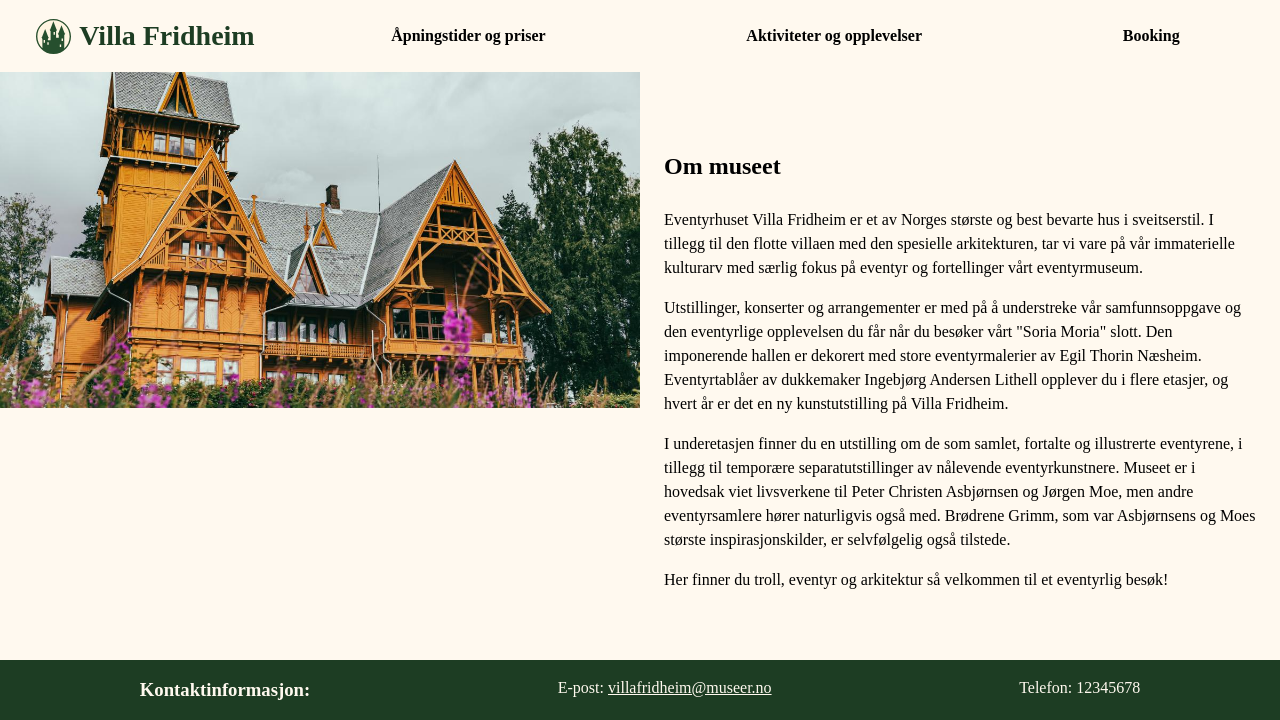
Repository: IdaHolmen/villa-fridheim
Page: src/about.html
The author's editor kept a copy of each file at every save. The page is drawn from the files as they stood at one save, then again after the next save.
The browser window is 1280 px wide. The pictures show the whole page.
Some web fonts or font styles are not loaded; a fallback is used.

Above is the page before, as saved 2024-10-15 13:23:42.

### src/about.html
<!DOCTYPE html>
<html lang="en">
    <head>
        <meta charset="UTF-8" />
        <meta name="viewport" content="width=device-width, initial-scale=1.0" />

        <link rel="icon" type="image/x-icon" href="../assets/villa-fridheim-logo.svg" />

        <title>Villa Fridheim</title>
        <link rel="stylesheet" type="text/css" href="../css/reset.css" />
        <link rel="stylesheet" type="text/css" href="../css/style.css" />
        <link rel="stylesheet" type="text/css" href="../css/media-queries.css" />
    </head>
    <body>
        <header>
            <div class="headline-container">
                <a href="../index.html" id="home-button">
                    <img src="../assets/villa-fridheim-logo.svg" alt="Omrisset av et eventyrslott" class="main-logo" />
                    <h1 class="main-headline">Villa Fridheim</h1>
                </a>
            </div>

            <nav class="nav-bar">
                <a href="info.html" class="nav-link">Åpningstider og priser</a>
                <a href="activities.html" class="nav-link">Aktiviteter og opplevelser</a>
                <a href="booking.html" class="nav-link">Booking</a>
            </nav>
        </header>

        <main class="main-container">
            <section class="about-section">
                <div class="image-container">
                    <img src="../assets/outside-image2.jpg" alt="Et gult hus i sveitserstil" />
                </div>
                <article class="about-text">
                    <h2 class="section-headline">Om museet</h2>
                    <p>
                        Eventyrhuset Villa Fridheim er et av Norges største og best bevarte hus i sveitserstil. I
                        tillegg til den flotte villaen med den spesielle arkitekturen, tar vi vare på vår immaterielle
                        kulturarv med særlig fokus på eventyr og fortellinger vårt eventyrmuseum.
                    </p>
                    <p>
                        Utstillinger, konserter og arrangementer er med på å understreke vår samfunnsoppgave og den
                        eventyrlige opplevelsen du får når du besøker vårt "Soria Moria" slott. Den imponerende hallen
                        er dekorert med store eventyrmalerier av Egil Thorin Næsheim. Eventyrtablåer av dukkemaker
                        Ingebjørg Andersen Lithell opplever du i flere etasjer, og hvert år er det en ny kunstutstilling
                        på Villa Fridheim.
                    </p>
                    <p>
                        I underetasjen finner du en utstilling om de som samlet, fortalte og illustrerte eventyrene, i
                        tillegg til temporære separatutstillinger av nålevende eventyrkunstnere. Museet er i hovedsak
                        viet livsverkene til Peter Christen Asbjørnsen og Jørgen Moe, men andre eventyrsamlere hører
                        naturligvis også med. Brødrene Grimm, som var Asbjørnsens og Moes største inspirasjonskilder, er
                        selvfølgelig også tilstede.
                    </p>
                    <p>Her finner du troll, eventyr og arkitektur så velkommen til et eventyrlig besøk!</p>
                </article>
            </section>
        </main>

        <footer class="footer">
            <h3>Kontaktinformasjon:</h3>
            <p>
                E-post:
                <a href="" id="email-element">villafridheim@museer.no</a>
            </p>
            <p>Telefon: 12345678</p>
        </footer>
    </body>
</html>

### css/reset.css
*, *::before, *::after {
	box-sizing: border-box;
  }

* {
	margin: 0;
	padding: 0;
}

body {
	line-height: 1.5;
	-webkit-font-smoothing: antialiased;
}

img, picture, video, canvas, svg {
	display: block;
	max-width: 100%;
}

input, textarea, select {
	font: inherit;
}

p, h1, h2, h3, h4, h5, h6 {
	overflow-wrap: break-word;
}

#root, #__next {
	isolation: isolate;
}

button {
	font: inherit;
	background: transparent;
	border: none;
	cursor: pointer;
	touch-action: manipulation;
}

a {
	color: inherit;
	text-decoration: none;
}

### css/style.css
@import url('https://fonts.googleapis.com/css2?family=Caudex:ital,wght@0,400;0,700;1,400;1,700&display=swap');

:root {
    --primary-color: #fff9ef;
    --secondary-color: #1d3d23;
}

/* BODY STYLING */
body {
    height: 100vh;
    width: 100%;
    display: flex;
    flex-direction: column;
    background-color: var(--primary-color);
    font-family: 'Caudex', 'Times New Roman', Times, serif;
}

/* HEADER STYLING */
header {
    display: flex;
    flex-direction: row;
    justify-content: center;
    align-items: center;
    background: var(--primary-color);
    color: var(--secondary-color);
    flex-basis: 10%;
}

.headline-container {
    flex-basis: 25%;
    display: flex;
    justify-content: center;
    align-items: center;
    flex-direction: row;
}

.main-headline {
    font-size: 1.75rem;
}

.main-logo {
    height: 35px;
    width: 35px;
    margin-right: 0.5rem;
}

.nav-bar {
    flex-basis: 85%;
    display: flex;
    justify-content: space-around;
    flex-direction: row;
    text-align: center;
    margin: 0;
}

.nav-link {
    text-decoration: none;
    color: black;
    padding: 0.5rem 1.5rem;
    font-weight: bold;
    margin: 1rem;
    border-radius: 5px;
    display: flex;
    transition: transform 0.2s ease-in-out;
}

.nav-link:hover {
    box-shadow: rgba(149, 157, 165, 0.2) 0px 8px 24px;
    transform: scale(1.1);
}

.nav-link:active {
    background-color: #e3e3e3;
}

#home-symbol {
    margin-right: 0.5rem;
    width: 25px;
    height: 25px;
}

/* FRONT PAGE STYLING */
.hero-section {
    position: relative;
    height: 30rem;
    width: 100%;
}

.hero-background {
    width: 100%;
    height: 30rem;
    object-fit: contain;
}

.hero-image {
    width: 100%;
    height: 30rem;
    object-fit: cover;
}

.hero-text-container {
    position: absolute;
    top: 0;
    left: 70%;
    width: 30%;
    height: 60%;
    color: var(--primary-color);
    display: flex;
    flex-direction: column;
}

.hero-content {
    font-size: 4.5rem;
    font-weight: bold;
}

.hero-content-sub-headline {
    font-size: 2rem;
    font-weight: bold;
    font-style: italic;
}

.section-headline {
    font-size: 1.5rem;
    margin: 1rem 0;
}

.main-container {
    flex-basis: 85%;
    display: flex;
    flex-direction: column;
    align-items: center;
}

.about-section {
    width: 100%;
    height: 100%;
    display: flex;
}

.about-text {
    flex-basis: 50%;
    display: flex;
    flex-direction: column;
    justify-content: center;
    padding: 24px;
}

.about-text > p {
    margin: 0.5rem 0;
}

.image-container {
    flex-basis: 50%;
}

.about-image {
    height: 100%;
    object-fit: cover;
    border-radius: 3%;
}

.link-section {
    width: 95%;
    background-color: #ffeded;
    margin-top: 4rem;
    display: flex;
    flex-direction: column;
    align-items: center;
}

.link-container-headline {
    width: 95%;
    flex-basis: 10%;
    margin: 1rem 1rem 1rem 4rem;
    padding: 0.8rem;
}

.section-head {
    font-size: 2.5rem;
}

.link-container {
    flex-basis: 90%;
    width: 95%;
    display: flex;
    justify-content: space-around;
    align-items: center;
}

.navigation-container {
    height: 22rem;
    width: 18rem;
    margin: 1rem 1rem 2rem 1rem;
    display: flex;
    padding: 0.8rem;
    flex-direction: column;
    transition: transform 0.2s ease-in-out;
}

.navigation-container:hover {
    transform: scale(1.1);
}

.link-sub-headline {
    font-size: 1.2rem;
}

.link-image {
    object-fit: cover;
    padding: 0;
    min-height: 70%;
    margin-bottom: 0.5rem;
}

.footer-front-page {
    background-color: var(--secondary-color);
    color: var(--primary-color);
    flex-basis: 5%;
    display: flex;
    flex-direction: row;
    justify-content: space-around;
    padding: 1rem;
    font-size: 1rem;
    margin-top: 4rem;
}

/* STYLING FOR THE INTRO SECTION */
.intro-section {
    width: 95%;
    height: 16rem;
    background-color: #e2eef5;
    margin-top: 4rem;
    display: flex;
    flex-direction: column;
    align-items: center;
}

.intro-container {
    flex-basis: 90%;
    width: 95%;
    display: flex;
    flex-direction: column;
    justify-content: space-around;
    margin: 2rem;
    padding: 0.8rem;
    margin: 1rem 4rem 1rem 4rem;
}

/* STYLING FOR INFO PAGE */
.main-info-container {
    flex-basis: 85%;
    display: flex;
    flex-direction: column;
    align-items: center;
}

.info-text-container {
    flex-basis: 50%;
    height: 100%;
    padding: 24px;
}

.info-image-container {
    flex-basis: 50%;
    height: 100%;
    padding: 24px;
    display: flex;
    align-items: center;
    justify-content: center;
}

.opening-hours-section,
.directions-section,
.prices-section {
    margin-bottom: 1rem;
}

.hours,
.price-element {
    margin: 1rem 0;
}

.price-element {
    width: 90%;
    display: flex;
    flex-direction: row;
    align-items: center;
    justify-content: space-between;
    font-size: 1rem;
}

/* STYLING FOR ACTIVITIES PAGE */
#home-button {
    display: flex;
    align-items: center;
}

.main-activities-container {
    flex-basis: 85%;
    display: flex;
    flex-direction: column;
    align-items: center;
}

.activities-section,
.experiences-section {
    display: flex;
    flex-direction: row;
}

.activities,
.experiences {
    display: flex;
    flex-direction: column;
}

.activities > p,
.experiences > p {
    margin: 0.5rem 0;
}

.bold-text {
    font-weight: 900;
    margin: 0.5rem 0;
}

.illustration-image {
    width: 100%;
    border-radius: 3%;
}

#illustration-image-long {
    width: 90%;
    border-radius: 3%;
}

/* FOOTER */
footer {
    background-color: var(--secondary-color);
    color: var(--primary-color);
    flex-basis: 5%;
    display: flex;
    flex-direction: row;
    justify-content: space-around;
    padding: 1rem;
    font-size: 1rem;
}

a#email-element {
    text-decoration: underline;
}

/* STYLING FOR BOOKING PAGE */
.main-headline-booking {
    color: var(--primary-color);
}

.nav-link-booking {
    color: var(--primary-color);
    text-decoration: none;
    padding: 0.5rem 1.5rem;
    font-weight: bold;
    margin: 1rem;
    border-radius: 5px;
    display: flex;
    transition: transform 0.2s ease-in-out;
}

.nav-link-booking:hover {
    box-shadow: rgba(149, 157, 165, 0.2) 0px 8px 24px;
    transform: scale(1.1);
}

.booking-page-main {
    background-position: center;
    background-image: url('../assets/forest3.jpg');
    background-repeat: no-repeat;
    background-size: cover;
    background-attachment: fixed;
}

.booking-header {
    backdrop-filter: blur(60px);
    background: transparent;
}

.booking-container {
    flex-basis: 85%;
    width: 100%;
    display: flex;
    justify-content: center;
    flex-direction: column;
    align-items: center;
    background-color: rgba(0, 0, 0, 0.2);
}

.booking-form {
    position: relative;
    color: var(--primary-color);
    display: flex;
    flex-direction: column;
    align-items: center;
    height: 100%;
    width: 26rem;
    margin: 2rem;
    padding: 1rem;
    border: 2px solid #b5afaf;
    border-radius: 15px;
    backdrop-filter: blur(25px);
}

.input-field {
    width: 85%;
    height: 55px;
    color: var(--primary-color);
    background: transparent;
    padding-inline: 20px 54px;
    border-radius: 30px;
    border: 2px solid #b5afaf;
    outline: none;
    margin: 1rem 0;
}

.input-field:focus::placeholder {
    color: transparent;
}

#select-field {
    appearance: none;
    width: 85%;
    height: 55px;
    color: var(--primary-color);
    background: transparent;
    padding-inline: 20px;
    border-radius: 30px;
    border: 2px solid #b5afaf;
    cursor: pointer;
    outline: none;
    background-image: linear-gradient(45deg, transparent 50%, #fff5e1 50%),
        linear-gradient(135deg, #fff5e1 50%, transparent 50%);
    background-position: calc(100% - 20px) calc(1.3rem + 2px), calc(100% - 15px) calc(1.3rem + 2px);
    background-size: 5px 5px, 5px 5px, 1px 1.5em;
    background-repeat: no-repeat;
    margin: 1rem 0;
}

#comment-input {
    width: 85%;
    height: 6rem;
    color: var(--primary-color);
    background: transparent;
    border-radius: 10px;
    border: 2px solid #b5afaf;
    outline: none;
    padding-inline: 20px;
    margin: 1rem 0;
}

::placeholder {
    color: var(--primary-color);
}

#comment-input:focus::placeholder {
    color: transparent;
}

#submit-button {
    background-color: var(--primary-color);
    width: 8rem;
    padding: 0.5rem 1.5rem;
    font-weight: bold;
    border-radius: 30px;
    transition: transform 0.2s ease-in-out;
    margin: 0.5rem 0;
}

#submit-button:hover {
    background-color: #ffe8ba;
    transform: scale(1.1);
}

#submit-button:active {
    background-color: #d4d4d4;
}

#booking-footer {
    backdrop-filter: blur(25px);
    background: transparent;
}

### css/media-queries.css
@media screen and (max-width: 1000px) {
    header {
        flex-direction: column;
    }

    .nav-bar {
        align-items: center;
    }

    .nav-link {
        max-width: 16rem;
        margin: 0.5rem;
    }

    .hero-section {
        height: 45rem;
        background-color: var(--secondary-color);
    }

    .hero-text-container {
        top: 68%;
        left: 10%;
        width: 80%;
        height: 30%;
    }

    .hero-content {
        font-size: 3.5rem;
    }

    .about-section {
        flex-direction: column;
        align-items: center;
    }

    .main-info-container {
        flex-direction: column;
    }

    .activities-section {
        flex-direction: column;
    }

    .experiences-section {
        flex-direction: column-reverse;
    }

    .illustration-image {
        width: 70%;
    }

    #illustration-image-long {
        width: 60%;
    }

    .link-container {
        width: 70%;
        flex-wrap: wrap;
    }
}

@media screen and (max-width: 930px) {
    .link-container {
        width: 80%;
    }

    .navigation-container {
        width: 15rem;
        height: 18rem;
    }
}

@media screen and (max-width: 700px) {
    .footer,
    .footer-front-page {
        flex-direction: column;
        align-items: center;
    }

    .nav-bar {
        flex-direction: column;
    }

    .link-section,
    .intro-section {
        width: 100%;
    }

    .illustration-image {
        width: 100%;
    }

    #illustration-image-long {
        width: 80%;
    }

    .link-container {
        width: 100%;
    }
}

@media screen and (max-width: 500px) {
    .booking-form {
        width: 20rem;
    }

    .hero-content-sub-headline {
        font-size: 1.5rem;
    }

    .intro-section {
        height: 20rem;
    }
}

After the next save:
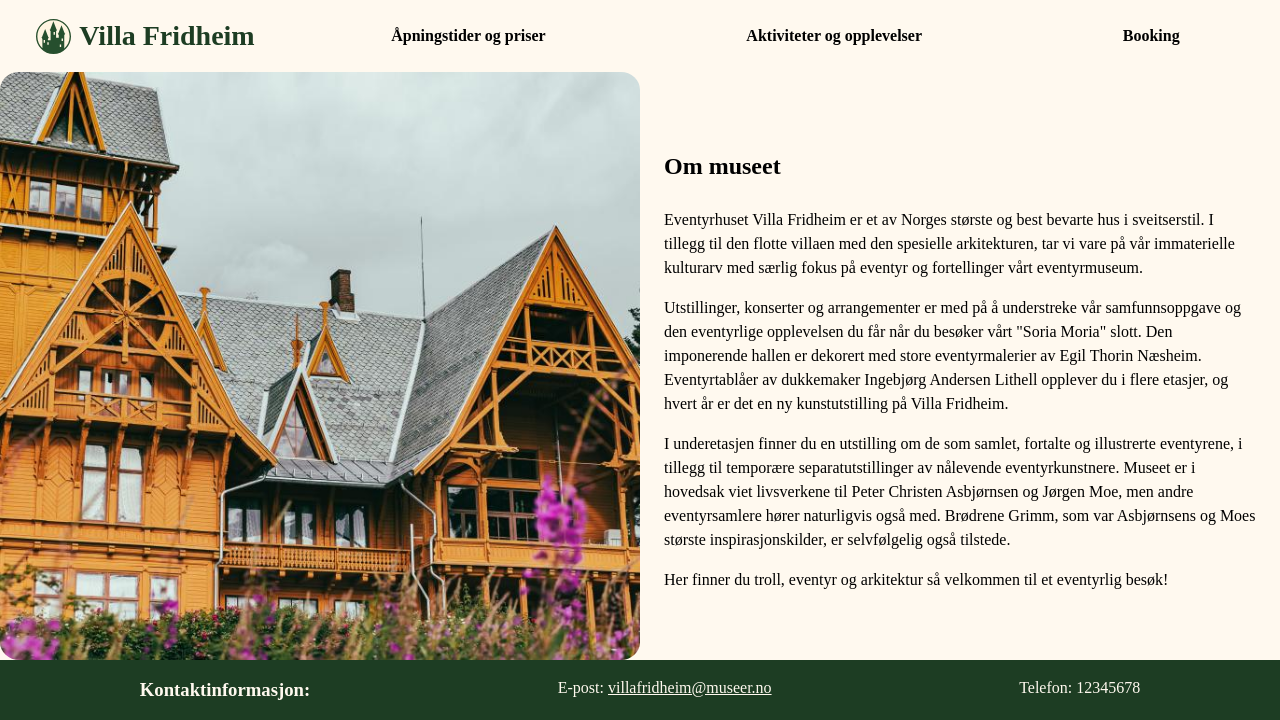
Saved 9 s later.
--- a/src/about.html
+++ b/src/about.html
@@ -30,7 +30,7 @@
         <main class="main-container">
             <section class="about-section">
                 <div class="image-container">
-                    <img src="../assets/outside-image2.jpg" alt="Et gult hus i sveitserstil" />
+                    <img src="../assets/outside-image2.jpg" alt="Et gult hus i sveitserstil" class="about-image" />
                 </div>
                 <article class="about-text">
                     <h2 class="section-headline">Om museet</h2>
